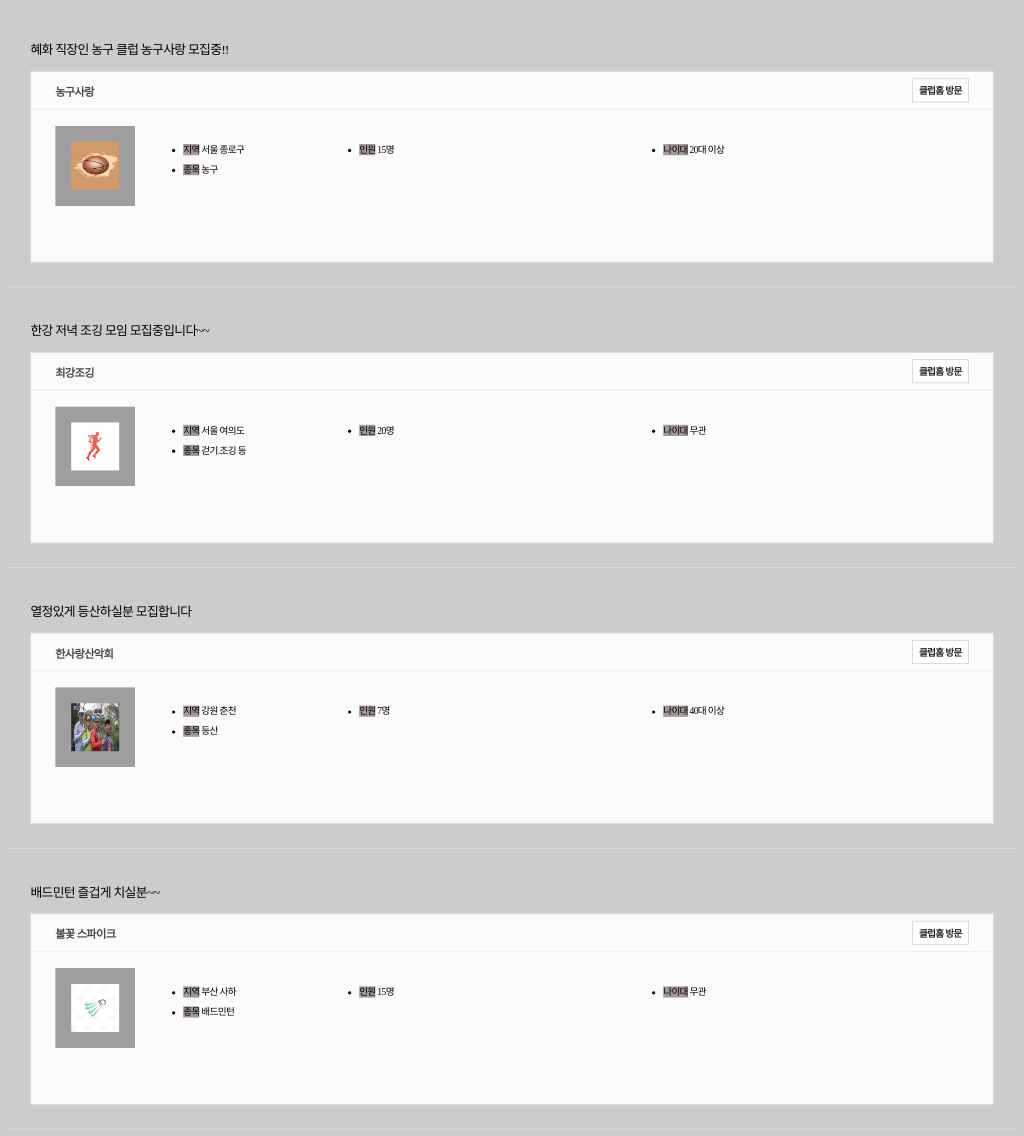
Repository: jaemin333/study
Page: club.html
These files come from the project's save history. The page is drawn as it stood at one moment and after the next save; the edit follows.
The browser window is 1280 px wide. The pictures show the whole page, at 80% of full size.
Pictures or frames that could not be fetched are drawn as grey boxes.

Above is the page before, as saved 2021-07-02 21:32:00.

### club.html
<!DOCTYPE html>
<html lang="ko">
<head>
    <meta charset="UTF-8">
    <meta http-equiv="X-UA-Compatible" content="IE=edge">
    <meta name="viewport" content="width=device-width, initial-scale=1.0">
    <link rel ="stylesheet" type = "text/css" href = "style.css">
    <title>club</title>
</head>
<body>
    <div class = "clubList">
    <div class = "clubBox">
        <p class = "clubTip">
            <a>혜화 직장인 농구 클럽 농구사랑 모집중!!</a>
        </p>
    <div class ="cbClubName">
        <a>농구사랑</a>
        <a class ="iButton">클럽홈 방문</a>
    </div>

    <div class ="cbInfo">
        <div class="cbMark">
            <span class="clubmark">
                <img src = "bask.png" width="60" height=60">
        </div>
    <ul>
        <li>
            <span class = "info dark">지역</span>
             서울 종로구
        </li>
        <li style = "width:380px;">
            <span class = "info dark">인원</span>
             15명
        </li>
        <li style = "width:380px;">
            <span class = "info dark">나이대</span>
             20대 이상
        </li>
        <li style = "width:380px;">
            <span class = "info dark">종목</span>
             농구
        </li>
    </ul>
    </div>
    </div>
    </div>

    <div class = "clubList">
        <div class = "clubBox">
            <p class = "clubTip">
                <a>한강 저녁 조깅 모임 모집중입니다~~</a>
            </p>
        <div class ="cbClubName">
            <a>최강조깅</a>
            <a class ="iButton">클럽홈 방문</a>
        </div>

        <div class ="cbInfo">
            <div class="cbMark">
                <span class="clubmark">
                    <img src = "run.jpg" width="60" height="60">
            </div>
        <ul>
            <li>
                <span class = "info dark">지역</span>
                 서울 여의도
            </li>
            <li style = "width:380px;">
                <span class = "info dark">인원</span>
                 20명
            </li>
            <li style = "width:380px;">
                <span class = "info dark">나이대</span>
                 무관
            </li>
            <li style = "width:380px;">
                <span class = "info dark">종목</span>
                 걷기.조깅 등
            </li>
        </ul>
        </div>
        </div>
        </div>

        <div class = "clubList">
            <div class = "clubBox">
                <p class = "clubTip">
                    <a>열정있게 등산하실분 모집합니다</a>
                </p>
            <div class ="cbClubName">
                <a>한사랑산악회</a>
                <a class ="iButton">클럽홈 방문</a>
            </div>

            <div class ="cbInfo">
                <div class="cbMark">
                    <span class="clubmark">
                        <img src = "hike.png" width="60" height="60">
                </div>
            <ul>
                <li>
                    <span class = "info dark">지역</span>
                     강원 춘천
                </li>
                <li style = "width:380px;">
                    <span class = "info dark">인원</span>
                     7명
                </li>
                <li style = "width:380px;">
                    <span class = "info dark">나이대</span>
                     40대 이상
                </li>
                <li style = "width:380px;">
                    <span class = "info dark">종목</span>
                     등산
                </li>
            </ul>
            </div>
            </div>
            </div>


            <div class = "clubList">
                <div class = "clubBox">
                    <p class = "clubTip">
                        <a>배드민턴 즐겁게 치실분~~</a>
                    </p>
                <div class ="cbClubName">
                    <a>불꽃 스파이크</a>
                    <a class ="iButton">클럽홈 방문</a>
                </div>

                <div class ="cbInfo">
                    <div class="cbMark">
                        <span class="clubmark">
                            <img src = "badminton.jpg" width="60" height="60">
                    </div>
                <ul>
                    <li>
                        <span class = "info dark">지역</span>
                         부산 사하
                    </li>
                    <li style = "width:380px;">
                        <span class = "info dark">인원</span>
                         15명
                    </li>
                    <li style = "width:380px;">
                        <span class = "info dark">나이대</span>
                         무관
                    </li>
                    <li style = "width:380px;">
                        <span class = "info dark">종목</span>
                         배드민턴
                    </li>
                </ul>
                </div>
                </div>
                </div>








</body>
</html>

### style.css
div {
    display:block;
}



body {
    background-color: #ccc;
    word-break: break-all;
    -ms-word-break: break-all;
    letter-spacing: -0.050em;
}


.clubBox{
    position: relative;
    padding: 25px 30px 30px 30px;
    border-bottom: 1px solid #dddddd;
}


ul{
    display: block;
    margin-block-start: 1em;
    margin-block-end: 1em;
    margin-inline-start: 0px;
    margin-inline-end: 0px;
    padding-inline-start: 40px;
}

.clubBox li .info.dark{
    background-color: #a39895;
}

.iButton {
    display: inline-block;
    height: 18px;
    padding: 5px 8px;
    font-size: 12px;
    font-weight: bold;
    color: #24272c;
    text-align: center;
    background-color: white;
    border: 1px solid #d4d1d1;
}

.clubBox .iButton {
    position: absolute;
    top: 8px;
    right: 30px;
}

li {
    display: list-item;
    text-align: -webkit-match-parent;
}

.clubBox .cbInfo li {
    float: left;
    width: 220px;
    margin: 4px 0 3px 0;
    font-size: 12px;
    color: black;
}

.cbClubName {
    padding-bottom: 10px;
}

.clubBox .cbInfo {
    position: relative;
    padding: 20px;
    padding-left: 150px;
    border: 1px solid #dadada;
    border-top: 0;
    background-color: #fbfbfb;
    height:150px;
}

.clubBox .clubTit {
    margin-bottom: 15px;
    font-size: 16px;
    font-weight: bold;
    color: black;
}

p {
    display: block;
    margin-block-start: 1em;
    margin-block-end: 1em;
    margin-inline-start: 0px;
    margin-inline-end: 0px;
}

.clubBox .cbClubName {
    position: relative;
    padding: 14px 30px 12px 30px;
    font-size: 14px;
    font-weight: bold;
    color: #4b4846;
    border: 1px solid #dadada;
    border-bottom: 1px dotted #dddddd;
    background-color: #fbfbfb;
}

.clubBox .cbMark {
    position: absolute;
    top: 20px;
    left: 30px;
    background: url(https://img.sa.nexon.com/assets/clan/clamark_bg.jpg) no-repeat;
    width: 60px;
    height: 60px;
    padding: 20px 20px;
}

.clubTip a {
    color: black;
    text-decoration: none;
}

After the next save:
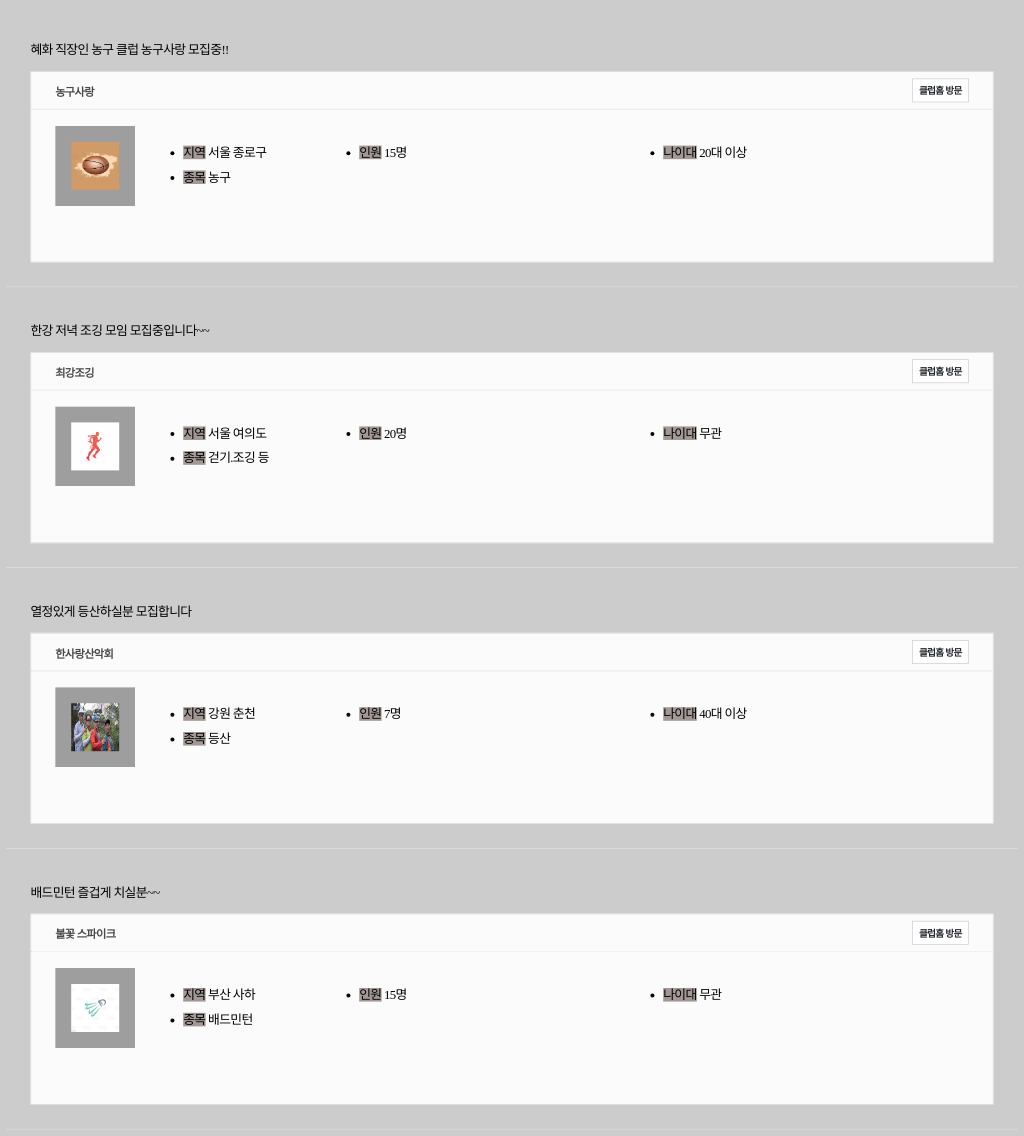
Saved 50 s later.
--- a/style.css
+++ b/style.css
@@ -59,7 +59,7 @@ li {
     float: left;
     width: 220px;
     margin: 4px 0 3px 0;
-    font-size: 12px;
+    font-size: 16px;
     color: black;
 }
 
